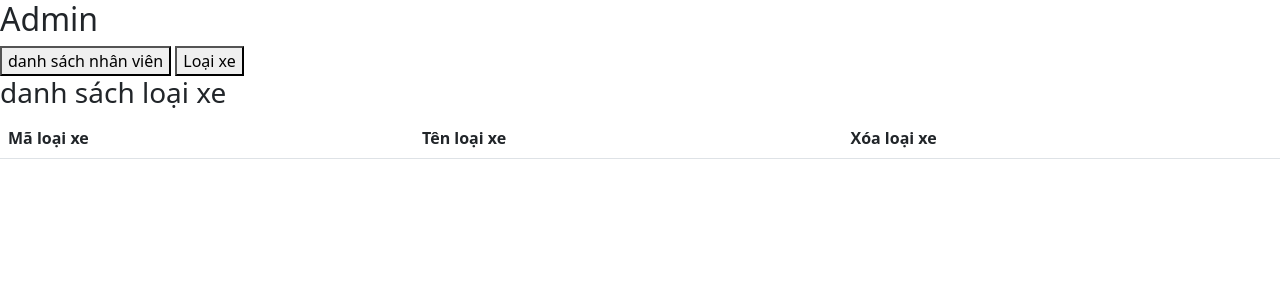
Repository: QuanghuyK1/CNPM
Page: http://localhost/CNPM/WEB-INF/views/LoaiXe/danhsach.jsp
These files come from the project's save history. The page is drawn as it stood at one moment and after the next save; the edit follows.
The browser window is 1280 px wide. The pictures show the whole page.
The page is served by Tomcat 9. Nobody is signed in. Other server files are loaded and not shown. The template is opened directly, without the code that normally fills it, so the values that code supplies are empty.

Above is the page before, as saved 2022-04-22 10:24:59.

### CNPM-main/WebXeKhach/CNPM/src/main/webapp/WEB-INF/views/LoaiXe/danhsach.jsp
<%@ page language="java" contentType="text/html; charset=utf-8"
    pageEncoding="utf-8"%>
<%@ taglib uri="http://java.sun.com/jsp/jstl/core" prefix="c"%>
<!DOCTYPE html>
<html>
<head>
<meta charset="utf-8">
<title>Insert title here</title>
<link
	href="https://cdn.jsdelivr.net/npm/bootstrap@5.1.3/dist/css/bootstrap.min.css"
	rel="stylesheet"
	integrity="sha384-1BmE4kWBq78iYhFldvKuhfTAU6auU8tT94WrHftjDbrCEXSU1oBoqyl2QvZ6jIW3"
	crossorigin="anonymous">
</head>
<body>
	<h2>Admin</h2>
	<a href="danhsach.htm"><button id="showds">danh sách nhân
			viên</button></a>
	<a href = "admin/loaixe.htm"><button>Loại xe</button></a>
	<h3>danh sách loại xe</h3>
	<table class="table">
	<thead>
			<tr>
				<th scope="col">Mã loại xe</th>
				<th scope="col">Tên loại xe</th>
				<th scope="col">Xóa loại xe</th>
			</tr>
		</thead>
		<tbody>
			<c:forEach items="${list}" var="i">
				<c:if test="${i.trangthai == true }">
					<tr>
						<th><a href="loaixe/${i.maLX}.htm">${i.maLX }</a></th>
						<th>${i.tenLX}</th>
						<th>
							<form action="loaixe/${i.maLX}.htm"><button name = "delLX">Xóa </button></form>
						</th>
					</tr>
				</c:if>
			</c:forEach>
		</tbody>
	</table>
</body>
</html>

After the next save:
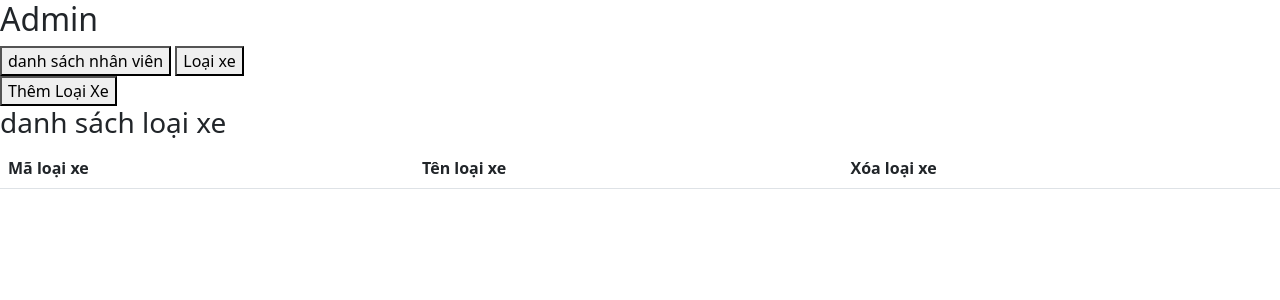
Saved 7 min 23 s later.
--- a/CNPM-main/WebXeKhach/CNPM/src/main/webapp/WEB-INF/views/LoaiXe/danhsach.jsp
+++ b/CNPM-main/WebXeKhach/CNPM/src/main/webapp/WEB-INF/views/LoaiXe/danhsach.jsp
@@ -17,6 +17,7 @@
 	<a href="danhsach.htm"><button id="showds">danh sách nhân
 			viên</button></a>
 	<a href = "admin/loaixe.htm"><button>Loại xe</button></a>
+	<form action = "admin/loaixe.htm?Insert"><button name = "Insert">Thêm Loại Xe</button></form>
 	<h3>danh sách loại xe</h3>
 	<table class="table">
 	<thead>
